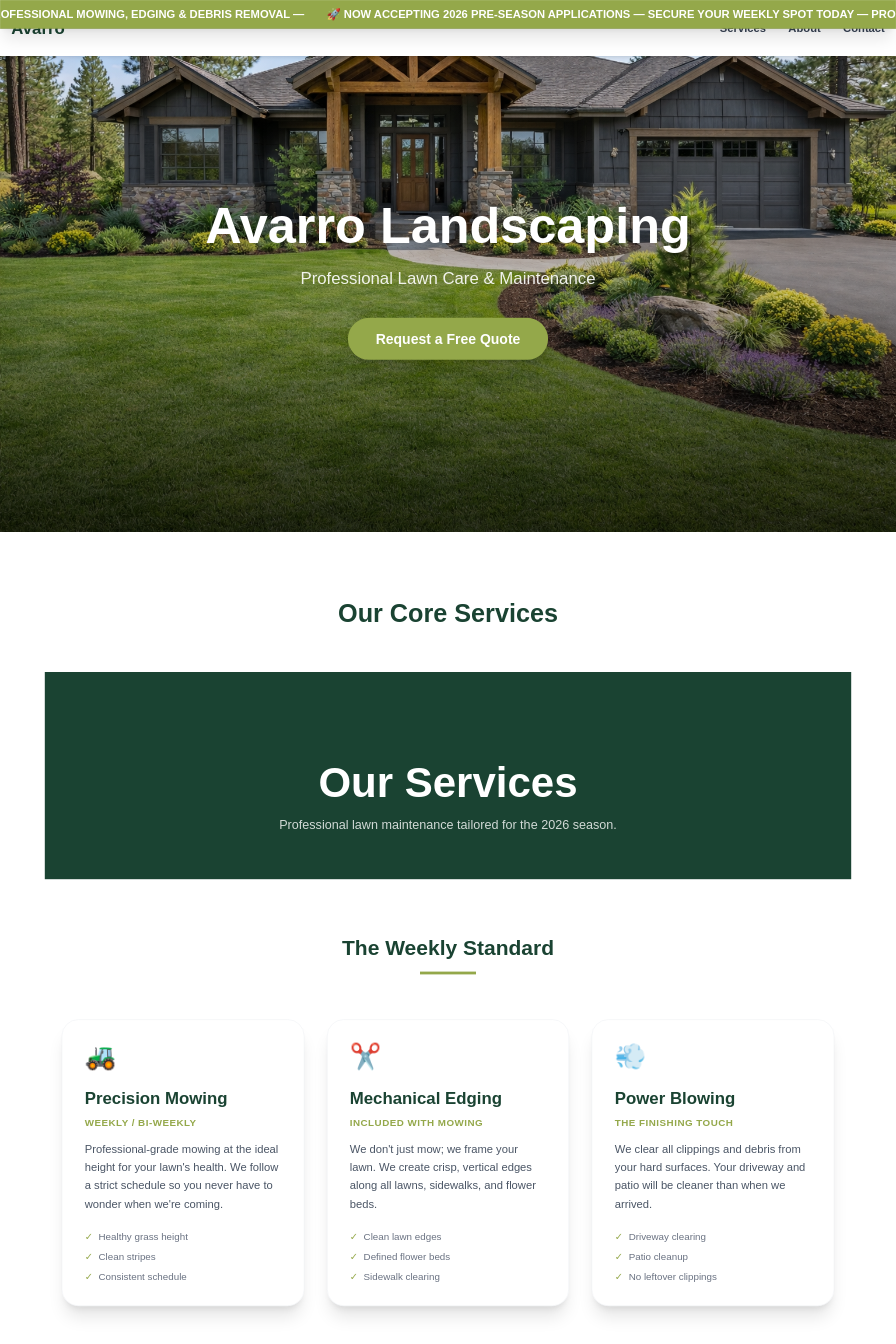
Repository: KalebMalone/Avarro
Page: /
These files come from the project's save history. The page is drawn as it stood at one moment and after a run of saves; the edit follows.
The browser window is 1280 px wide. The pictures show the part of the page from y = 0 to 1920 px (the page is 4283 px tall), at 70% of full size.
The project was rebuilt for these pictures with package versions that can differ from the ones it lists, and the page was loaded fresh each time. Also part of the build but not shown: vite.config.js, src/pages/ServicesPage.jsx, src/pages/About.jsx, src/pages/Contact.jsx.

Above is the page before, as saved 2026-01-28 16:35:05.

### index.html
<!doctype html>
<html lang="en">
  <head>
    <meta charset="UTF-8" />
    <link rel="icon" type="image/svg+xml" href="/vite.svg" />
    <meta name="viewport" content="width=device-width, initial-scale=1.0" />
    <title>avarro-site</title>
  </head>
  <body>
    <div id="root"></div>
    <script type="module" src="/src/main.jsx"></script>
  </body>
</html>

### src/index.css
@import "tailwindcss";

html,
body {
    background-color: #f9fafb;
    margin: 0;
    padding: 0;
    overflow-x: hidden;
    font-family: sans-serif;
}

input,
textarea {
    font-size: 16px !important;
}

@keyframes marquee {
    0% {
        transform: translateX(0);
    }

    100% {
        transform: translateX(-100%);
    }
}

.animate-marquee-custom {
    display: flex;
    width: max-content;
    /* This prevents stretching */
    animation: marquee 30s linear infinite;
}

.marquee-container {
    overflow: hidden;
    display: flex;
    white-space: nowrap;
}

### src/App.jsx
import { BrowserRouter as Router, Routes, Route } from "react-router-dom";
import Navbar from "./components/Navbar";
import Footer from "./components/Footer";
import Home from "./pages/Home";
import ServicesPage from "./pages/ServicesPage";
import About from "./pages/About";
import Contact from "./pages/Contact";

export default function App() {
    return (
        <Router>
            <div className="flex flex-col min-h-screen bg-gray-50 gap-0">
                <Navbar />
                <main className="flex-grow pt-32 md:pt-20">
                    <Routes>
                        <Route path="/" element={<Home />} />
                        <Route path="/services" element={<ServicesPage />} />
                        <Route path="/about" element={<About />} />
                        <Route path="/contact" element={<Contact />} />
                    </Routes>
                </main>
                <Footer />
            </div>
        </Router>
    );
}

### src/components/Navbar.jsx
import { Link } from "react-router-dom";

export default function Navbar() {
    return (
        <nav className="fixed top-0 left-0 w-full h-20 bg-white shadow-md z-[100] flex items-center">
            <div className="max-w-7xl mx-auto px-4 w-full flex items-center justify-between">
                <Link to="/" className="text-xl sm:text-2xl font-extrabold text-[#1a4332] no-underline">
                    Avarro
                </Link>

                <div className="flex space-x-3 sm:space-x-8 font-semibold text-gray-700 text-sm sm:text-base">
                    <Link to="/services" className="no-underline hover:text-[#1a4332] transition">Services</Link>
                    <Link to="/about" className="no-underline hover:text-[#1a4332] transition">About</Link>
                    <Link to="/contact" className="no-underline hover:text-[#1a4332] transition">Contact</Link>
                </div>
            </div>
        </nav>
    );
}

### src/components/Footer.jsx
export default function Footer() {
    return (
        <footer className="bg-[#1a4332] text-white pt-20 pb-10 px-6">
            <div className="max-w-6xl mx-auto grid grid-cols-1 md:grid-cols-4 gap-12 border-b border-white/10 pb-16">

                {/* Brand Column */}
                <div className="col-span-1 md:col-span-1">
                    <h3 className="text-2xl font-bold mb-4 italic">AVARRO</h3>
                    <p className="text-gray-400 text-sm leading-relaxed">
                        Redefining local lawn maintenance through precision, reliability, and a focus on the details that matter.
                    </p>
                </div>

                {/* Service Areas */}
                <div>
                    <h4 className="font-bold mb-4 text-[#94a84a]">Service Areas</h4>
                    <ul className="text-gray-400 text-sm space-y-2">
                        <li>📍 Redmond, OR</li>
                        <li>📍 Bend, OR</li>
                        <li>📍 Terrebonne, OR</li>
                        <li>📍 Sunriver, OR</li>
                    </ul>
                </div>

                {/* Quick Links */}
                <div>
                    <h4 className="font-bold mb-4 text-[#94a84a]">Quick Links</h4>
                    <ul className="text-gray-400 text-sm space-y-2">
                        <li><a href="/services" className="hover:text-white transition">Our Services</a></li>
                        <li><a href="/about" className="hover:text-white transition">The Avarro Story</a></li>
                        <li><a href="/contact" className="hover:text-white transition">Apply for 2026 Season</a></li>
                    </ul>
                </div>

                {/* Contact Preview */}
                <div>
                    <h4 className="font-bold mb-4 text-[#94a84a]">Get in Touch</h4>
                    <p className="text-gray-400 text-sm mb-2">Questions? Text us anytime.</p>
                    <p className="text-xl font-bold">(555) 123-4567</p>
                </div>
            </div>

            <div className="max-w-6xl mx-auto pt-10 flex flex-col md:row justify-between items-center text-gray-500 text-xs">
                <p>© 2026 Avarro Landscaping. All Rights Reserved.</p>
                <div className="flex space-x-6 mt-4 md:mt-0">
                    <span>Licensed & Insured</span>
                    <span>Redmond, Oregon</span>
                </div>
            </div>
        </footer>
    );
}

### src/pages/Home.jsx
import Hero from "../components/Hero";
import Services from "../components/Services";
import { Link } from "react-router-dom";

export default function Home() {
    return (
        <div className="bg-white">
            {/* FIXED INFINITE BANNER */}
            <div className="fixed top-0 left-0 w-full z-[1000] bg-[#94a84a] text-white py-2 shadow-xl marquee-container border-b border-black/10">
                <div className="animate-marquee-custom">
                    {/* Triple the text for a seamless loop */}
                    <span className="text-sm md:text-base font-bold px-4">
                        🚀 NOW ACCEPTING 2026 PRE-SEASON APPLICATIONS — SECURE YOUR WEEKLY SPOT TODAY — PROFESSIONAL MOWING, EDGING & DEBRIS REMOVAL —
                    </span>
                    <span className="text-sm md:text-base font-bold px-4">
                        🚀 NOW ACCEPTING 2026 PRE-SEASON APPLICATIONS — SECURE YOUR WEEKLY SPOT TODAY — PROFESSIONAL MOWING, EDGING & DEBRIS REMOVAL —
                    </span>
                    <span className="text-sm md:text-base font-bold px-4">
                        🚀 NOW ACCEPTING 2026 PRE-SEASON APPLICATIONS — SECURE YOUR WEEKLY SPOT TODAY — PROFESSIONAL MOWING, EDGING & DEBRIS REMOVAL —
                    </span>
                </div>
            </div>

            {/* Spacer to account for the fixed banner height */}
            <div className="h-[40px]"></div>

            <Hero />

            {/* Services Section */}
            <section className="relative py-24 px-6 bg-white">
                <div className="relative max-w-6xl mx-auto">
                    <h2 className="text-4xl font-extrabold text-center mb-16 text-[#1a4332]">
                        Our Core Services
                    </h2>
                    <Services />
                </div>
            </section>

            {/* Custom Requests Section */}
            <section className="py-20 bg-white">
                <div className="max-w-4xl mx-auto px-6">
                    <div className="bg-[#1a4332] rounded-3xl p-8 md:p-12 text-center text-white shadow-2xl">
                        <h2 className="text-3xl font-bold mb-4 text-white">Need something else?</h2>
                        <p className="text-xl opacity-90 mb-8">
                            From **debris removal** and branch hauling to unique garden projects—we handle custom requests.
                        </p>
                        <Link to="/contact" className="inline-block bg-[#94a84a] hover:bg-white hover:text-[#1a4332] text-white px-8 py-3 rounded-full font-bold transition-all no-underline">
                            Get a Custom Quote
                        </Link>
                    </div>
                </div>
            </section>

            {/* The Avarro Standard */}
            <section className="py-24 bg-gray-50">
                <div className="max-w-6xl mx-auto px-6 text-center">
                    <h2 className="text-3xl md:text-4xl font-extrabold text-[#1a4332] mb-16 text-center">
                        The Avarro Standard
                    </h2>
                    <div className="grid grid-cols-1 sm:grid-cols-2 lg:grid-cols-4 gap-8">
                        <div className="p-4">
                            <div className="text-[#94a84a] text-5xl font-black mb-4 opacity-20 italic">01</div>
                            <h4 className="text-xl font-bold text-[#1a4332] mb-3 text-center">Mowing</h4>
                            <p className="text-gray-600 text-sm text-center">Precision cutting at the ideal height for your lawn's health.</p>
                        </div>
                        <div className="p-4">
                            <div className="text-[#94a84a] text-5xl font-black mb-4 opacity-20 italic">02</div>
                            <h4 className="text-xl font-bold text-[#1a4332] mb-3 text-center">Edging</h4>
                            <p className="text-gray-600 text-sm text-center">Clean, vertical lines for all walkways and garden beds.</p>
                        </div>
                        <div className="p-4">
                            <div className="text-[#94a84a] text-5xl font-black mb-4 opacity-20 italic">03</div>
                            <h4 className="text-xl font-bold text-[#1a4332] mb-3 text-center">Weeding</h4>
                            <p className="text-gray-600 text-sm text-center">Targeted removal in beds and pavement cracks.</p>
                        </div>
                        <div className="p-4">
                            <div className="text-[#94a84a] text-5xl font-black mb-4 opacity-20 italic">04</div>
                            <h4 className="text-xl font-bold text-[#1a4332] mb-3 text-center">Blowing</h4>
                            <p className="text-gray-600 text-sm text-center">Leaving your driveways and patios spotless every visit.</p>
                        </div>
                    </div>
                </div>
            </section>
        </div>
    );
}

### src/components/Hero.jsx
import { Link } from "react-router-dom";
import heroImage from "../assets/hero-lawn1.jpg";

export default function Hero() {
    return (
        <section
            className="relative h-[100vh] bg-cover bg-[position:center_bottom] bg-no-repeat -mt-32 md:-mt-20"
            style={{ backgroundImage: `url(${heroImage})` }}
        >
            <div className="h-full flex items-center bg-gradient-to-t from-black/70 via-black/20 to-transparent">
                <div className="max-w-4xl mx-auto px-6 text-center text-white">
                    <h1 className="text-5xl md:text-7xl font-extrabold mb-6 drop-shadow-2xl">
                        Avarro Landscaping
                    </h1>
                    <p className="text-xl md:text-2xl mb-10 opacity-90 font-medium">
                        Professional Lawn Care & Maintenance
                    </p>
                    <Link
                        to="/contact"
                        className="inline-block bg-[#94a84a] hover:bg-[#1a4332] text-white transition-all px-10 py-4 rounded-full font-bold text-xl shadow-xl no-underline active:scale-95"
                    >
                        Request a Free Quote
                    </Link>
                </div>
            </div>
        </section>
    );
}

### src/components/Services.jsx
import { Link } from "react-router-dom";

const mainServices = [
    {
        title: "Precision Mowing",
        price: "Weekly / Bi-Weekly",
        desc: "Professional-grade mowing at the ideal height for your lawn's health. We follow a strict schedule so you never have to wonder when we're coming.",
        features: ["Healthy grass height", "Clean stripes", "Consistent schedule"],
        icon: "🚜"
    },
    {
        title: "Mechanical Edging",
        price: "Included with Mowing",
        desc: "We don't just mow; we frame your lawn. We create crisp, vertical edges along all lawns, sidewalks, and flower beds.",
        features: ["Clean lawn edges", "Defined flower beds", "Sidewalk clearing"],
        icon: "✂️"
    },
    {
        title: "Power Blowing",
        price: "The Finishing Touch",
        desc: "We clear all clippings and debris from your hard surfaces. Your driveway and patio will be cleaner than when we arrived.",
        features: ["Driveway clearing", "Patio cleanup", "No leftover clippings"],
        icon: "💨"
    }
];

export default function ServicesPage() {
    return (
        <div className="bg-white">
            {/* Header */}
            <section className="pt-32 pb-16 bg-[#1a4332] text-center text-white">
                <h1 className="text-4xl md:text-6xl font-extrabold mb-4">Our Services</h1>
                <p className="text-lg opacity-80 max-w-2xl mx-auto px-6">
                    Professional lawn maintenance tailored for the 2026 season.
                </p>
            </section>

            {/* The Big Three - Featured Grid */}
            <section className="py-20 px-6">
                <div className="max-w-6xl mx-auto">
                    <div className="text-center mb-16">
                        <h2 className="text-3xl font-bold text-[#1a4332]">The Weekly Standard</h2>
                        <div className="w-20 h-1 bg-[#94a84a] mx-auto mt-4"></div>
                    </div>

                    <div className="grid grid-cols-1 md:grid-cols-3 gap-8">
                        {mainServices.map((s, i) => (
                            <div key={i} className="bg-white p-8 rounded-3xl border border-gray-100 shadow-xl hover:-translate-y-2 transition-all">
                                <div className="text-4xl mb-6">{s.icon}</div>
                                <h3 className="text-2xl font-bold text-[#1a4332] mb-2">{s.title}</h3>
                                <p className="text-[#94a84a] font-bold text-sm mb-4 uppercase tracking-wider">{s.price}</p>
                                <p className="text-gray-600 mb-6 leading-relaxed">{s.desc}</p>
                                <ul className="space-y-2">
                                    {s.features.map((f, j) => (
                                        <li key={j} className="flex items-center text-sm text-gray-500">
                                            <span className="text-[#94a84a] mr-2">✓</span> {f}
                                        </li>
                                    ))}
                                </ul>
                            </div>
                        ))}
                    </div>
                </div>
            </section>

            {/* Specialized Services - Weeds & Debris */}
            <section className="py-20 bg-gray-50 px-6">
                <div className="max-w-6xl mx-auto">
                    <div className="grid grid-cols-1 lg:grid-cols-2 gap-12 items-center">
                        <div>
                            <h2 className="text-3xl font-bold text-[#1a4332] mb-6">Additional Solutions</h2>
                            <p className="text-gray-600 mb-8 text-lg">
                                Beyond our standard maintenance, we offer specialized care to keep your property looking its best.
                            </p>

                            <div className="space-y-6">
                                <div className="flex bg-white p-6 rounded-2xl shadow-sm">
                                    <div className="text-3xl mr-6">🌱</div>
                                    <div>
                                        <h4 className="font-bold text-[#1a4332]">Targeted Weed Control</h4>
                                        <p className="text-gray-600 text-sm">Removal of weeds from mulch beds, gravel areas, and pavement cracks.</p>
                                    </div>
                                </div>
                                <div className="flex bg-white p-6 rounded-2xl shadow-sm">
                                    <div className="text-3xl mr-6">🪵</div>
                                    <div>
                                        <h4 className="font-bold text-[#1a4332]">Custom Debris Removal</h4>
                                        <p className="text-gray-600 text-sm">Hauling away fallen branches, storm debris, or old yard waste piles.</p>
                                    </div>
                                </div>
                            </div>
                        </div>

                        {/* Visual Call to Action */}
                        <div className="bg-[#1a4332] rounded-3xl p-10 text-white text-center">
                            <h3 className="text-2xl font-bold mb-4 text-white">Need a custom quote?</h3>
                            <p className="opacity-80 mb-8 leading-relaxed">
                                Every property is unique. Whether you have a massive leaf pile or need specialized bed work, we're here to help.
                            </p>
                            <Link to="/contact" className="inline-block bg-[#94a84a] text-white px-10 py-4 rounded-full font-bold hover:bg-white hover:text-[#1a4332] transition-all no-underline">
                                Request Custom Quote
                            </Link>
                        </div>
                    </div>
                </div>
            </section>

            {/* Satisfaction Guarantee */}
            <section className="py-20 text-center px-6">
                <div className="max-w-3xl mx-auto bg-[#94a84a]/10 p-12 rounded-3xl border-2 border-dashed border-[#94a84a]">
                    <h2 className="text-3xl font-bold text-[#1a4332] mb-4 text-center">The Avarro Guarantee</h2>
                    <p className="text-gray-700 text-lg text-center">
                        "If you aren't 100% satisfied with the quality of our cut, edging, or cleanup, we will return within 24 hours to make it right. No questions asked."
                    </p>
                </div>
            </section>
        </div>
    );
}

Loaded but not shown: src/main.jsx (common file)

After the next 2 saves:
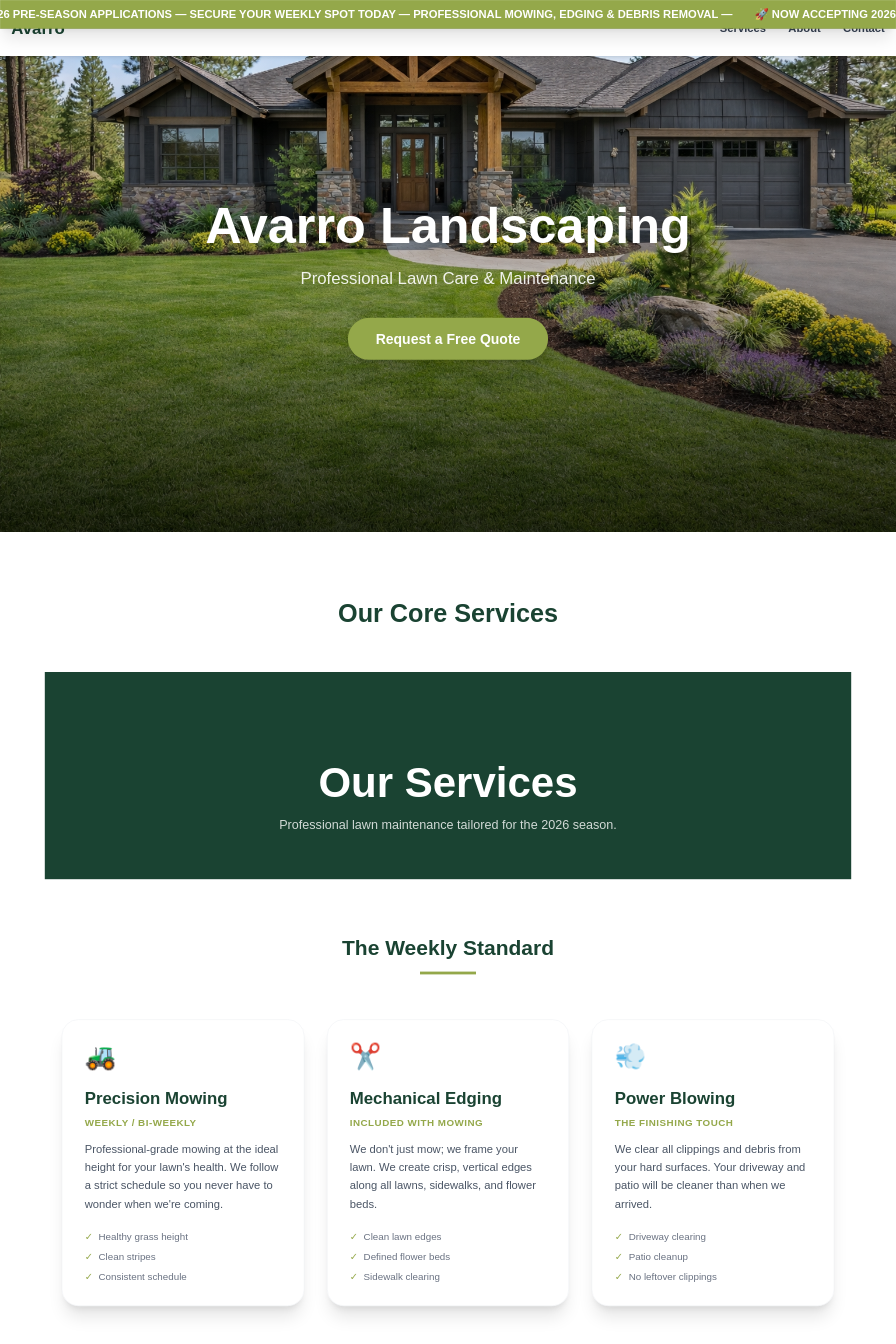
The 2 saves are shown as one change because they came seconds apart.
The last was saved 16 s later.
--- a/src/index.css
+++ b/src/index.css
@@ -19,20 +19,24 @@
         transform: translateX(0);
     }
 
+    /* Since we have 3 identical spans, moving 1/3 of the way (-33.33%)
+     creates a perfect loop back to the start. */
     100% {
-        transform: translateX(-100%);
+        transform: translateX(-33.33%);
     }
 }
 
 .animate-marquee-custom {
     display: flex;
     width: max-content;
-    /* This prevents stretching */
-    animation: marquee 30s linear infinite;
+    /* 40s is a steady, professional pace for a fixed header */
+    animation: marquee 40s linear infinite;
 }
 
 .marquee-container {
     overflow: hidden;
     display: flex;
     white-space: nowrap;
+    /* This prevents the rest of the site from shifting if the scrollbar appears */
+    width: 100vw;
 }
